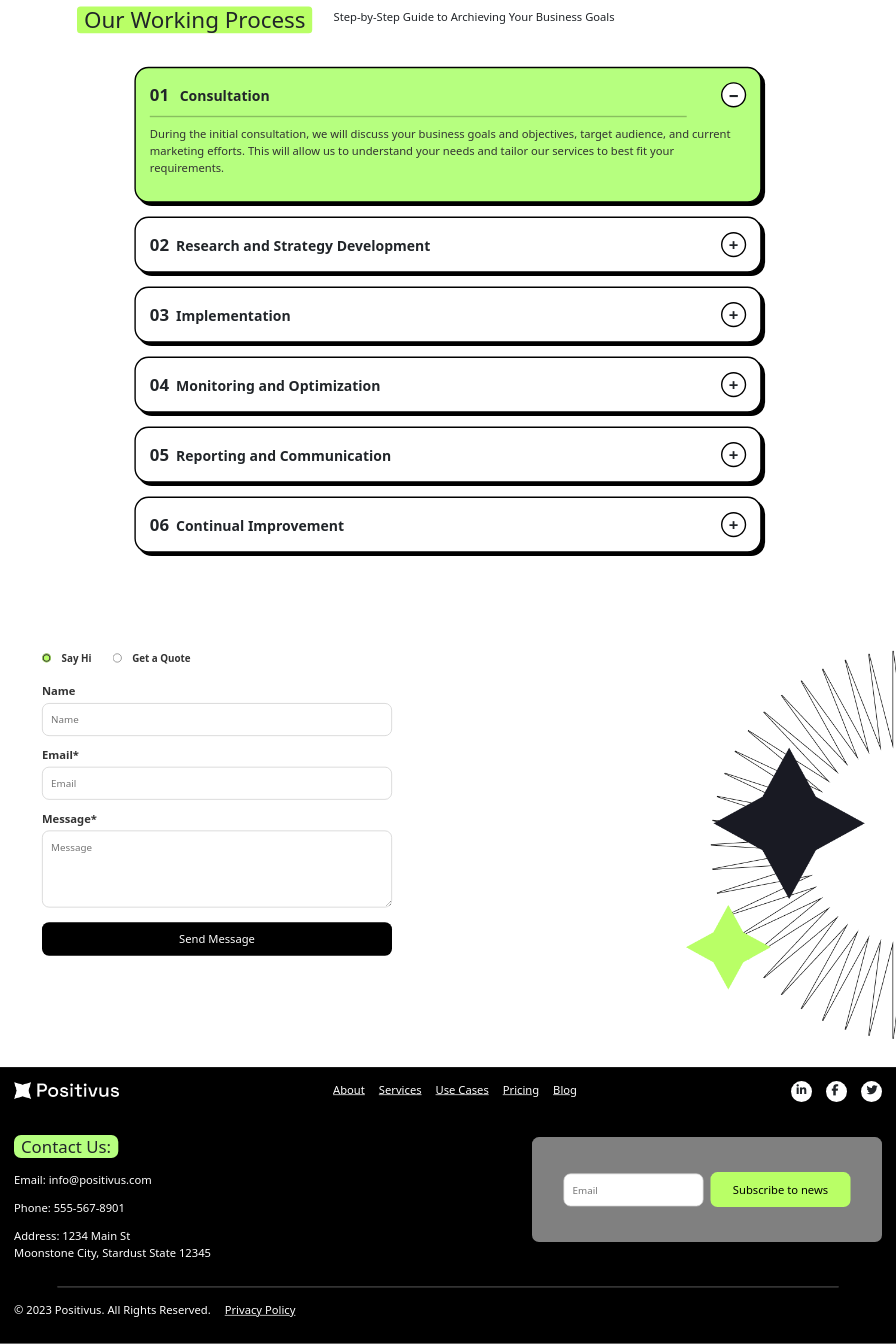
Repository: inshaabbas/CSS-Hackathon-SMIT
Page: index.html
These files come from the project's save history. The page is drawn as it stood at one moment and after the next save; the edit follows.
The browser window is 1280 px wide. The pictures show the part of the page from y = 1248 to 3168 px (the page is 3168 px tall), at 70% of full size.
A picture or video elsewhere on the page could not be fetched, so the positions and the page height are approximate.

Above is the page before, as saved 2025-06-25 11:32:29.

After the next save:
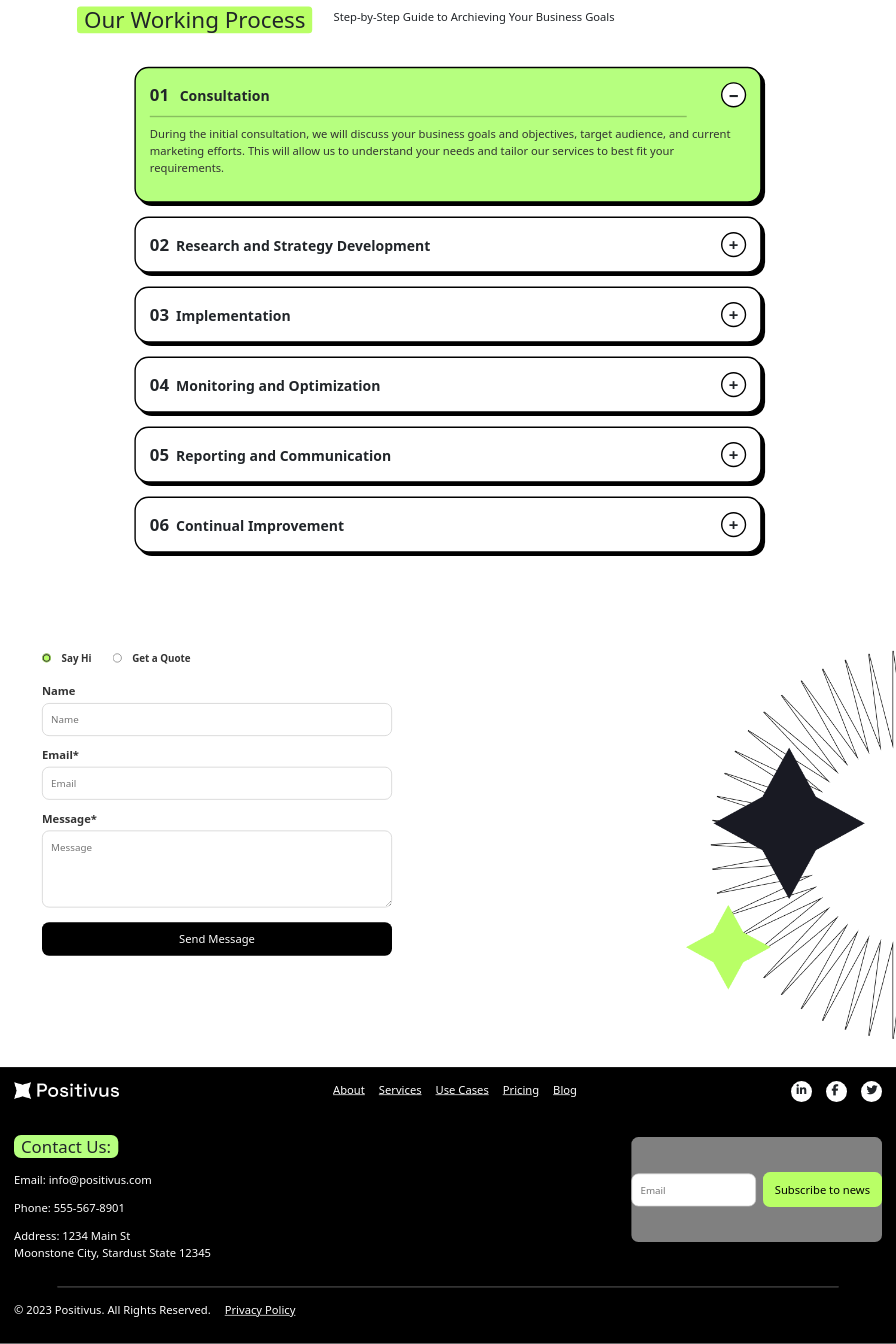
Saved 44 s later.
--- a/style.css
+++ b/style.css
@@ -593,7 +593,7 @@
     align-items: center;
     gap: 10px;
     background-color: gray;
-    width: 500px;
+    maxwidth: 500px;
     height: 150px;
     border-radius: 10px;
 }

After the 2 saves that followed:
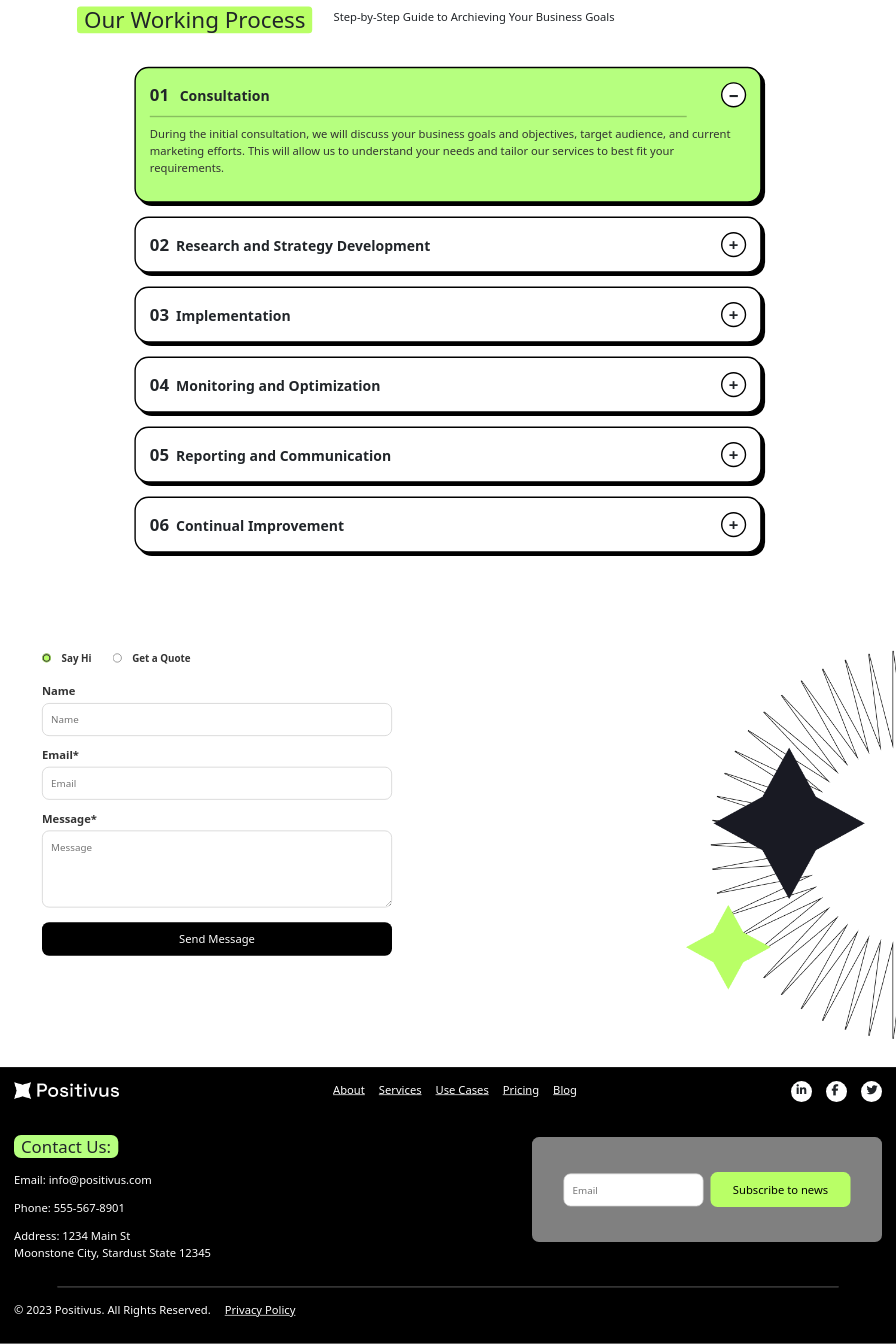
The 2 saves are shown as one change because they came seconds apart.
The last was saved 9 s later.
--- a/style.css
+++ b/style.css
@@ -593,7 +593,8 @@
     align-items: center;
     gap: 10px;
     background-color: gray;
-    maxwidth: 500px;
+    max-width: 500px;
+    width: 100%;
     height: 150px;
     border-radius: 10px;
 }
